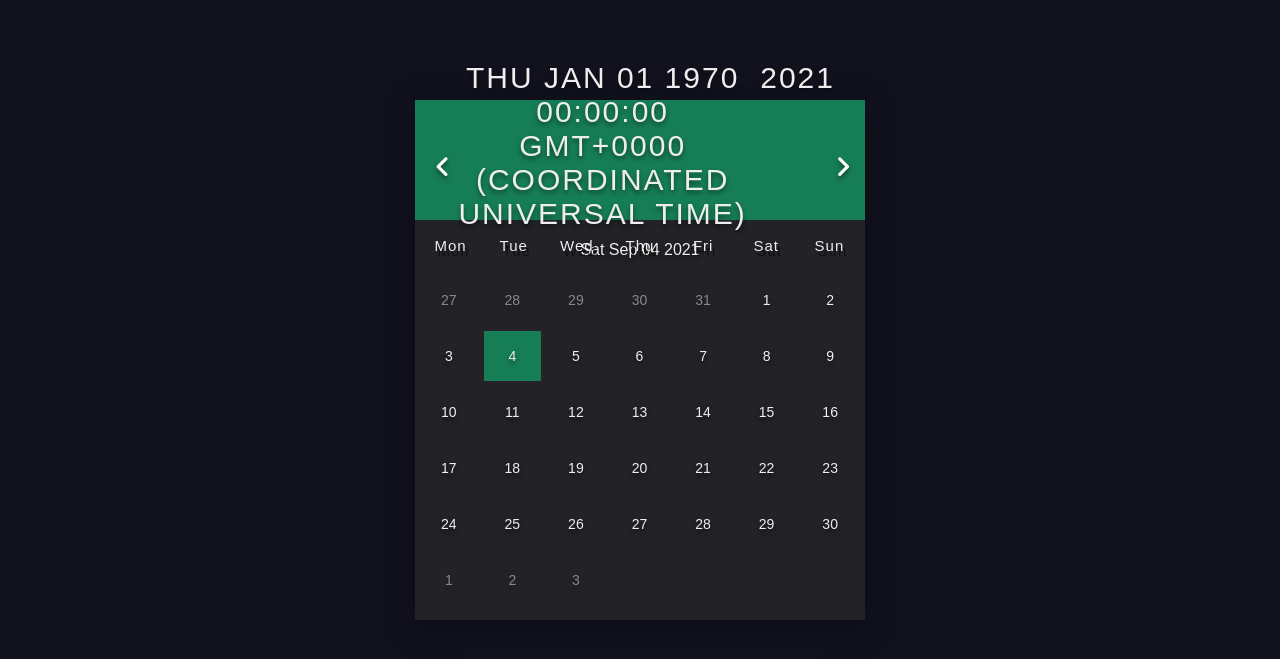
Repository: dboinska/calendar
Page: index.html
The author's editor kept a copy of each file at every save. The page is drawn from the files as they stood at one save, then again after the next save.
The browser window is 1280 px wide. The pictures show the whole page.
After loading, the first visible `p.currentDate` was clicked once.
Some web libraries are served in a nearby version.

Above is the page before, as saved 2021-09-08 05:23:36.

### index.html
<!DOCTYPE html>
<html lang="en">
  <head>
    <meta charset="UTF-8" />
    <meta http-equiv="X-UA-Compatible" content="IE=edge" />
    <meta name="viewport" content="width=device-width, initial-scale=1.0" />
    <title>Calendar</title>
    <script
      src="https://kit.fontawesome.com/5567926149.js"
      crossorigin="anonymous"
    ></script>
    <link rel="stylesheet" href="style.css" />
  </head>
  <body>
    <div class="container">
      <div class="calendar">
        <div class="month">
          <i class="fas fa-angle-left prev"></i>
          <div class="date">
            <div class="header">
              <h1></h1>
              <h2></h2>
            </div>
            <p class="currentDate"></p>
          </div>
          <i class="fas fa-angle-right next"></i>
        </div>
        <div class="weekdays">
          <div>Mon</div>
          <div>Tue</div>
          <div>Wed</div>
          <div>Thu</div>
          <div>Fri</div>
          <div>Sat</div>
          <div>Sun</div>
        </div>
        <div class="days"></div>
      </div>
    </div>
    <script src="script.js"></script>
  </body>
</html>

### style.css
* {
  margin: 0;
  padding: 0;
  box-sizing: border-box;
  font-family: "Quicksand", sans-serif;
}

html {
  font-size: 62.5%;
}

.container {
  width: 100%;
  height: 100vh;
  background-color: #12121f;
  color: #eee;
  display: flex;
  justify-content: center;
  align-items: center;
}

.calendar {
  width: 45rem;
  height: 52rem;
  background-color: #222227;
  box-shadow: 0 0.5rem 3rem rgba(0, 0, 0, 0.4);
}

.fas {
  height: 10px;
  width: 10px;
  color: white;
}

.month {
  width: 100%;
  height: 12rem;
  background-color: #167e56;
  display: flex;
  justify-content: space-between;
  align-items: center;
  padding: 0 2rem;
  text-align: center;
  text-shadow: 0 0.3rem 0.5rem rgba(0, 0, 0, 0.5);
}

.month i {
  font-size: 2.5rem;
  cursor: pointer;
}

.month h1,
h2 {
  font-size: 3rem;
  font-weight: 400;
  text-transform: uppercase;
  letter-spacing: 0.2rem;
  margin-bottom: 1rem;
  padding-left: 1.2rem;
}

.month p {
  font-size: 1.6rem;
}

.weekdays {
  width: 100%;
  height: 5rem;
  padding: 0 0.4rem;
  display: flex;
  align-items: center;
}

.weekdays div {
  font-size: 1.5rem;
  font-weight: 400;
  letter-spacing: 0.1rem;
  width: calc(44.2rem / 7);
  display: flex;
  justify-content: center;
  align-items: center;
  text-shadow: 0.3rem 0.5rem rgba(0, 0, 0, 0.5);
}

.days {
  width: 100%;
  display: flex;
  flex-wrap: wrap;
  padding: 0.2rem;
}

.days div {
  font-size: 1.4rem;
  margin: 0.3rem;
  width: calc(40.3rem / 7);
  height: 5rem;
  display: flex;
  justify-content: center;
  align-items: center;
  text-shadow: 0 0.3rem 0.5rem rgba(0, 0, 0, 0.5);
  transition: all 0.5s ease;
}

.days div:hover:not(.today) {
  background-color: #777;
  color: black;
  cursor: pointer;
  transition: all 0.5s ease;
}

.prev-date,
.next-date {
  opacity: 0.5;
}

.header {
  display: flex;
}

.clickedDay {
  background-color: #167e56;
}

p.currentDate {
  cursor: pointer;
}

### script.js
// const monthDays = document.querySelector(".days");
const date = new Date();
const renderCalendar = () => {
  const monthDays = document.querySelector(".days");
  const d = new Date(date.getFullYear(), date.getMonth() + 1, 0);
  const lastDay = new Date(
    date.getFullYear(),
    date.getMonth() + 1,
    0
  ).getDate();
  const prevLastDay = new Date(
    date.getFullYear(),
    date.getMonth(),
    0
  ).getDate();
  const firstDayIndex = date.getDay();
  const lastDayIndex = new Date(
    date.getFullYear(),
    date.getMonth() + 1,
    0
  ).getDay();
  const lastDayCurrentIndex = new Date(
    date.getFullYear(),
    date.getMonth(),
    1
  ).getDay();
  console.log({ firstDayIndex });
  console.log({ lastDayIndex });
  console.log({ lastDay });
  console.log({ lastDayCurrentIndex });

  const nextDays = 7 - lastDayIndex - 1;
  const months = [
    "January",
    "February",
    "March",
    "April",
    "May",
    "June",
    "July",
    "August",
    "September",
    "October",
    "November",
    "December",
  ];

  document.querySelector(".date h1").textContent = months[date.getMonth()];
  document.querySelector(".date h2").textContent = date.getFullYear();
  document.querySelector(".date p").textContent = new Date().toDateString();

  // monthDays = "";
  //let days = "";

  monthDays.replaceChildren();
  console.log({ prevLastDay });
  console.log({ firstDayIndex });
  if (firstDayIndex !== 0) {
    for (let x = firstDayIndex - 1; x > 0; x--) {
      const div = document.createElement("div");
      div.textContent = prevLastDay - x + 1;
      div.className = "prev-date";
      monthDays.appendChild(div);
      //days += `<div class="prev-date">${prevLastDay - x + 1}</div>`;
    }
    //  console.log(firstDayIndex - 1, "nie poniedziałek");
  } else {
    for (let x = firstDayIndex - 1; x > -7; x--) {
      const div = document.createElement("div");
      div.textContent = prevLastDay - x + 1;
      div.className = "prev-date";
      monthDays.appendChild(div);
    }
  }

  for (let i = 1; i < lastDay + 1; i++) {
    if (
      i === new Date().getDate() &&
      date.getMonth() === new Date().getMonth()
    ) {
      const div = document.createElement("div");
      div.textContent = i;
      div.className = "today clickedDay";
      monthDays.appendChild(div);
      //days += `<div class="today">${i}</div>`;
    } else {
      let div = document.createElement("div");
      div.textContent = i;
      monthDays.appendChild(div);
      // days += `<div>${i}</div>`;
    }

    //monthDays.innerHTML = days;
  }
  // console.log(
  //   "next days",
  //   nextDays,
  //   "last day index",
  //   lastDayIndex,
  //   "firstdayindex",
  //   firstDayIndex,
  //   "prevlastday",
  //   prevLastDay,
  //   "d",
  //   d.getDay()
  // );
  //for (let j = 1; j <= nextDays - 1; j++) {

  //if (d.getDay() !== 0) {
  for (let j = 1; j <= 7 - d.getDay(); j++) {
    console.log(d.getDay(), j);
    if (firstDayIndex !== 5) {
      let div = document.createElement("div");
      div.textContent = j;
      div.className = "next-date";
      monthDays.appendChild(div);
    }
    // days += `<div class="next-date">${j}</div>`;
    //monthDays.innerHTML = days;
  }
  //}

  monthDays.addEventListener("click", (event) => {
    //console.log(event.currentTarget, event.target.textContent);

    const today = document.querySelector(".today");
    if (today) {
      today.classList.remove("clickedDay");
    }
    const findClickedDay = [...monthDays.childNodes].find((day) => {
      return day.classList.contains("clickedDay");
    });
    if (
      findClickedDay &&
      !event.target.classList.contains("days") &&
      !event.target.classList.contains("prev-date") &&
      !event.target.classList.contains("next-date")
    ) {
      findClickedDay.classList.remove("clickedDay");
    }

    if (
      !event.target.classList.contains("days") &&
      !event.target.classList.contains("prev-date") &&
      !event.target.classList.contains("next-date")
    ) {
      event.target.classList.add("clickedDay");
    }
  });
  // const days = [...document.querySelectorAll(".days div")];
  // function clickDay(day) {
  //   days.addEventListener("click", () => {
  //     day.classList.add("clickedDay");
  //   });
  // }
  // console.log(days);
};
// date.setDate(1);
// console.log(date.getDay());
// const month = date.getMonth();
// console.log(month);

function backToPrevMonth() {
  date.setMonth(date.getMonth() - 1);
  //console.log("month", date.getMonth());
  renderCalendar();
}

function goToNextMonth() {
  date.setMonth(date.getMonth() + 1);
  //console.log("month", date.getMonth());
  renderCalendar();
}

const prevMonth = document.querySelector(".prev");
const nextMonth = document.querySelector(".next");

prevMonth.addEventListener("click", backToPrevMonth);

document.addEventListener("keydown", function (e) {
  if (e.keyCode == "37") {
    backToPrevMonth();
  }
});

nextMonth.addEventListener("click", goToNextMonth);

document.addEventListener("keydown", function (e) {
  if (e.keyCode == "39") {
    goToNextMonth();
  }
});

const currentDate = document.querySelector(".currentDate");

currentDate.addEventListener("click", (event) => {
  //console.log(" p clicked");
  const today = document.querySelector(".today");
  const monthDays = document.querySelector(".days");

  const findClickedDay = [...monthDays.childNodes].find((day) => {
    return day.classList.contains("clickedDay");
  });
  // const months = [
  //   "January",
  //   "February",
  //   "March",
  //   "April",
  //   "May",
  //   "June",
  //   "July",
  //   "August",
  //   "September",
  //   "October",
  //   "November",
  //   "December",
  // ];
  // document.querySelector(".date h1").textContent = months[date.getMonth()];

  document.querySelector(".date h1").textContent = new Date(date.getMonth());
  document.querySelector(".date h2").textContent = date.getFullYear();
  if (findClickedDay) {
    findClickedDay.classList.remove("clickedDay");
    today.classList.add("clickedDay");
  }
});

renderCalendar();

After the next save:
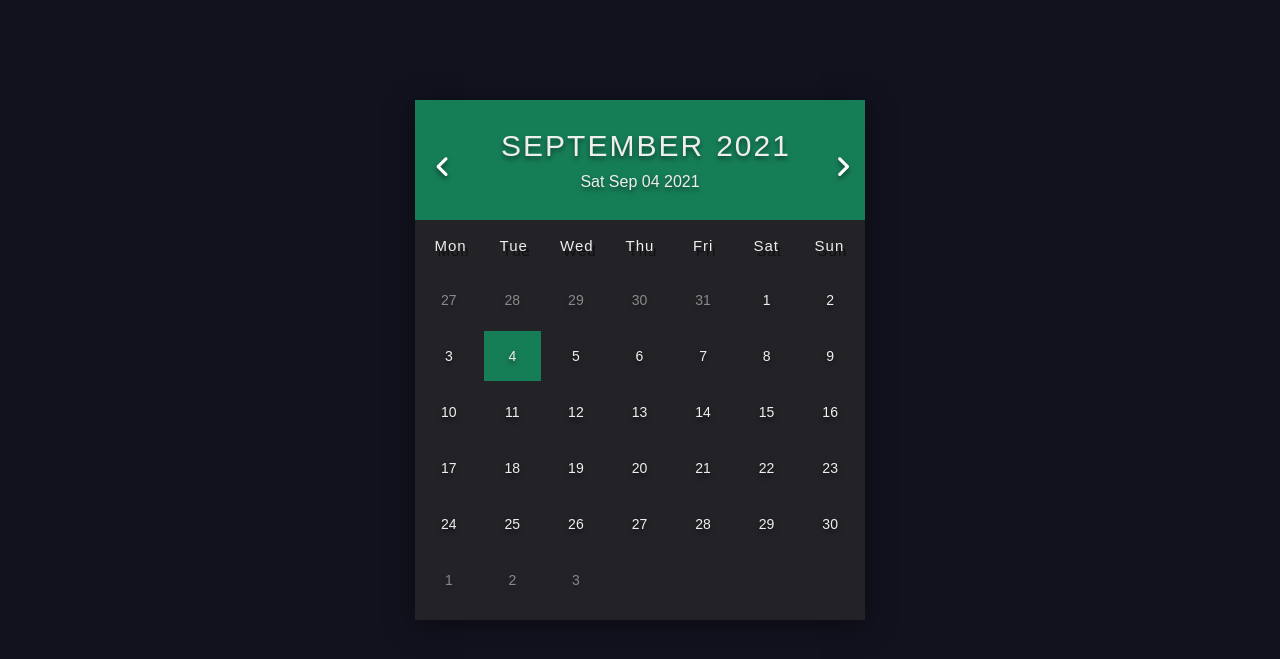
Saved 93 s later.
--- a/script.js
+++ b/script.js
@@ -201,6 +201,8 @@ currentDate.addEventListener("click", (event) => {
   const findClickedDay = [...monthDays.childNodes].find((day) => {
     return day.classList.contains("clickedDay");
   });
+
+  // back to date on click p
   // const months = [
   //   "January",
   //   "February",
@@ -217,8 +219,8 @@ currentDate.addEventListener("click", (event) => {
   // ];
   // document.querySelector(".date h1").textContent = months[date.getMonth()];
 
-  document.querySelector(".date h1").textContent = new Date(date.getMonth());
-  document.querySelector(".date h2").textContent = date.getFullYear();
+  // document.querySelector(".date h1").textContent = date.getMonth();
+  // document.querySelector(".date h2").textContent = date.getFullYear();
   if (findClickedDay) {
     findClickedDay.classList.remove("clickedDay");
     today.classList.add("clickedDay");
